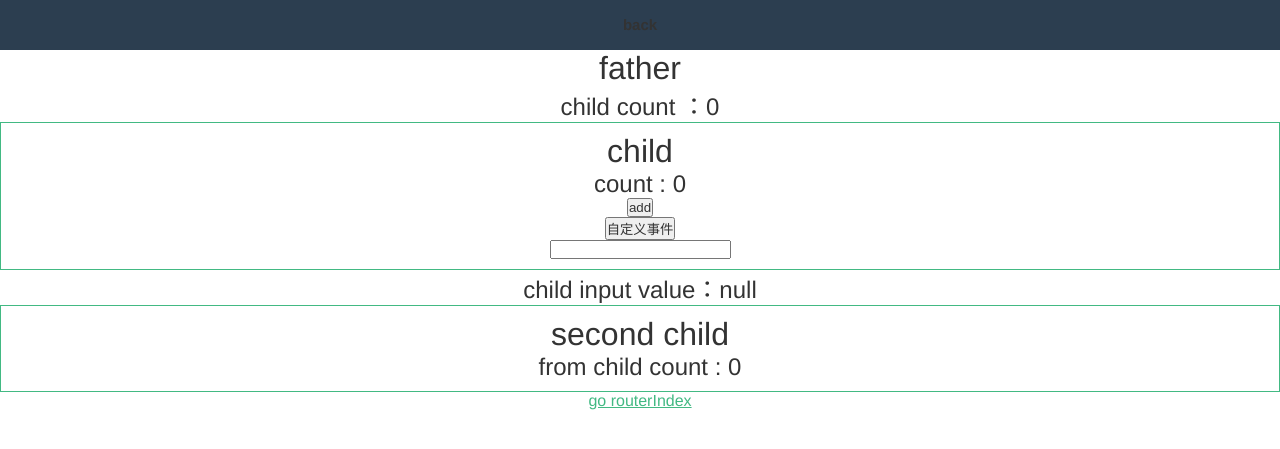
Repository: NotTooTwo/vueRouter
Page: /
The author's editor kept a copy of each file at every save. The page is drawn from the files as they stood at one save, then again after a run of saves.
The browser window is 1280 px wide. The pictures show the whole page.
The project was rebuilt for these pictures with package versions that can differ from the ones it lists, and the page was loaded fresh each time. Also part of the build but not shown: src/components/routerTest/routerIndex.vue.

Above is the page before, as saved 2018-03-13 15:19:14.

After the next 2 saves:
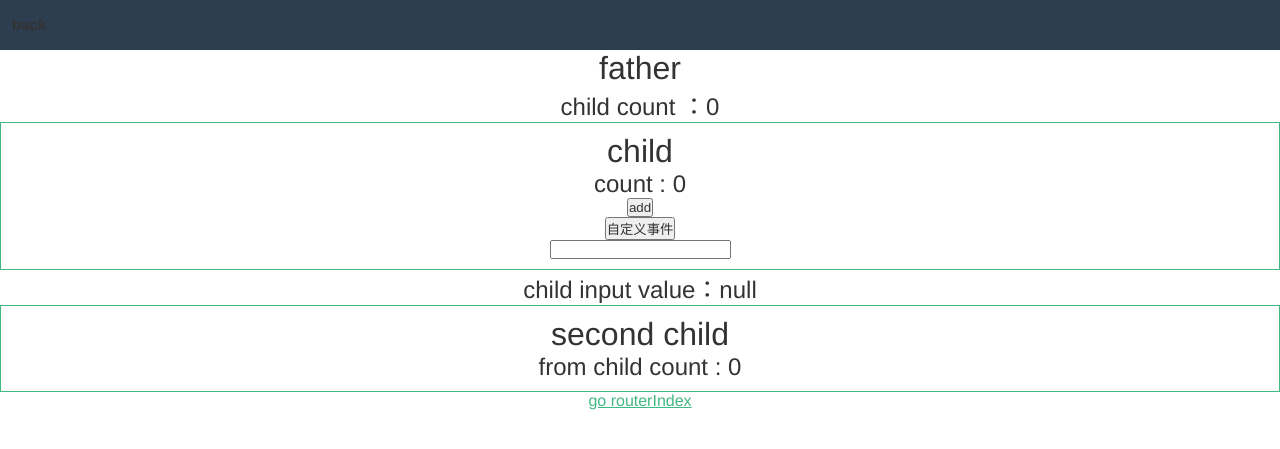
The 2 saves are shown as one change because they came seconds apart.
The last was saved 6 s later.
--- a/src/App.vue
+++ b/src/App.vue
@@ -33,7 +33,7 @@ export default {
   color: #fff;
   font-size: 15px;
   font-weight: bold;
-  padding:0 12px
-  text-align: center;
+  padding:0 12px;
+  text-align: left ;
 }
 </style>
